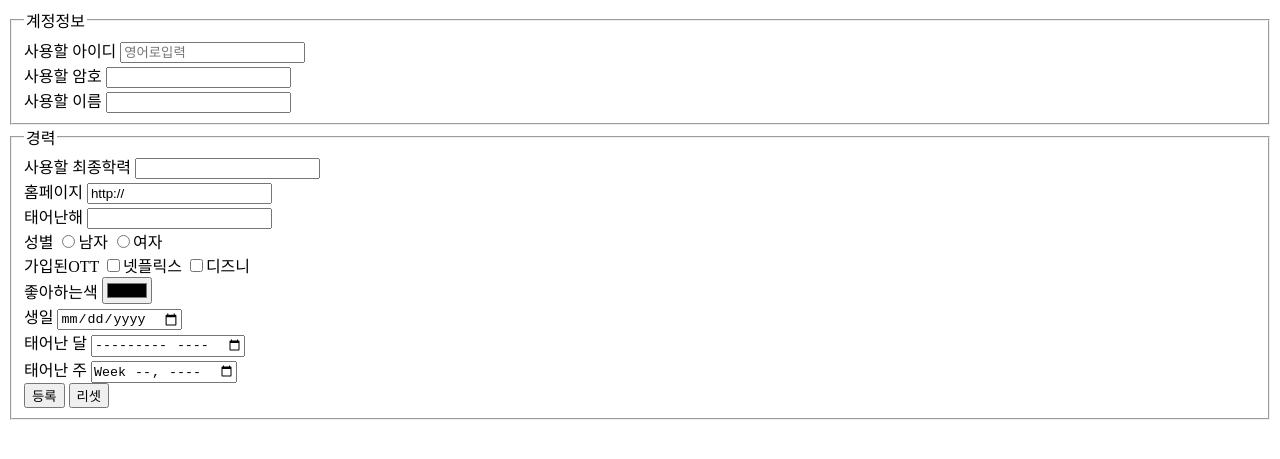
Repository: ybshim90/sesac1
Page: day_20211217_01_web/src/main/webapp/regist.html
The author's editor kept a copy of each file at every save. The page is drawn from the files as they stood at one save, then again after the next save.
The browser window is 1280 px wide. The pictures show the whole page.

Above is the page before, as saved 2021-12-17 06:24:20.

### day_20211217_01_web/src/main/webapp/regist.html
<!DOCTYPE html>
<html>
	<head>
		<meta charset="UTF-8">
		<title>Insert title here</title>
	</head>
	<body>
		<form action="jsp/form1.jsp" method="get">
			<fieldset>
				<legend>계정정보</legend>
				<label> 사용할 아이디
					<input type="text" name="memid" placeholder="영어로입력">
				</label><br>

				<label for="id_pw">사용할 암호</label>
				<input type="password" name="mempw" id="id_pw"><br>

				사용할 이름
				<input type="text" name="memname" ><br>

			</fieldset>

			<fieldset>
				<legend>경력</legend>

				<label>사용할 최종학력
					<input type="search" name="keyword">
				</label><br>

				<label>홈페이지
					<input type="url" name="homepage" value="http://" readonly="readonly">
				</label><br>

				<label>태어난해
					<input type="number" name="birthYear">
				</label><br>

				<label>성별
					<input type="radio" value="male" name="gender">남자
					<input type="radio" value="female" name="gender">여자
				</label><br>

				<label>가입된OTT
					<input type="checkbox" name="ott" value="netflix">넷플릭스
					<input type="checkbox" name="ott" value="disney">디즈니
				</label><br>

				<label>좋아하는색
					<input type="color" name="color">
				</label><br>

				<label>생일
					<input type="date" name="birthdate">
				</label><br>

				<label>태어난 달
					<input type="month" name="birthmonth">
				</label><br>

				<label>태어난 주
					<input type="week" name="birth">
				</label><br>

				<input type="submit" value="등록">
				<input type="reset" value="리셋">

			</fieldset>
		</form>
	</body>
</html>

After the next save:
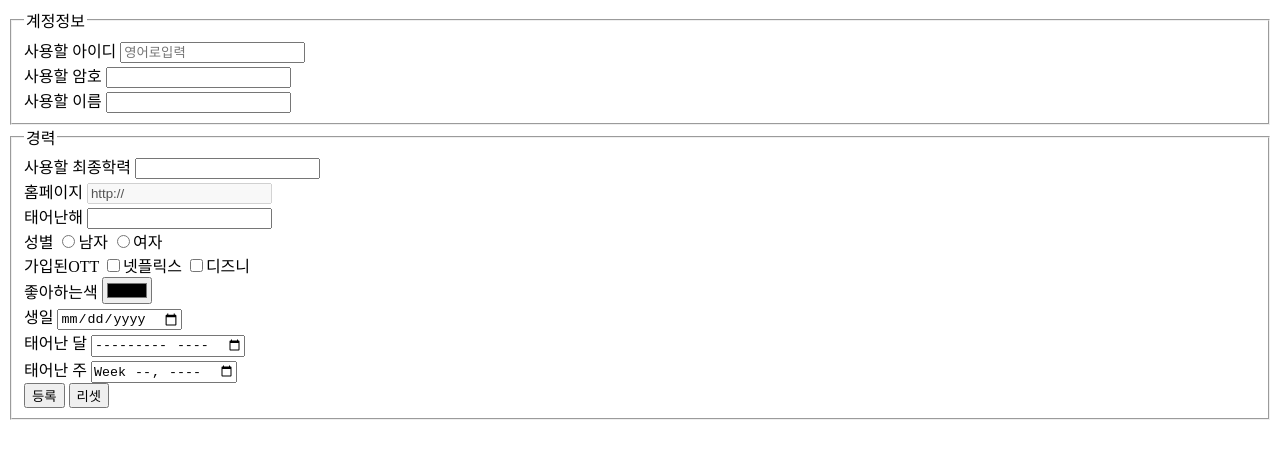
Saved 42 s later.
--- a/day_20211217_01_web/src/main/webapp/regist.html
+++ b/day_20211217_01_web/src/main/webapp/regist.html
@@ -28,7 +28,7 @@
 				</label><br>
 
 				<label>홈페이지
-					<input type="url" name="homepage" value="http://" readonly="readonly">
+					<input type="url" name="homepage" value="http://" readonly="readonly" disabled="disabled">
 				</label><br>
 
 				<label>태어난해
